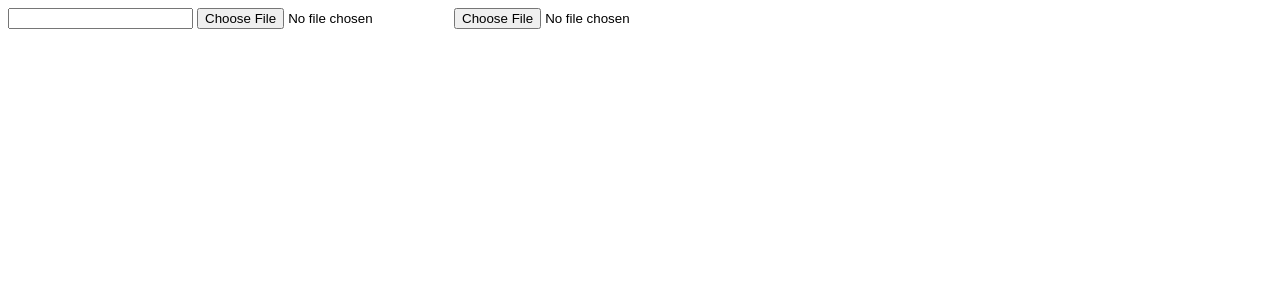
Repository: precipices/SPM
Page: http://localhost/FileTest/upload.jsp
These files come from the project's save history. The page is drawn as it stood at one moment and after the next save; the edit follows.
The browser window is 1280 px wide. The pictures show the whole page.
The page is served by Tomcat 9.

Above is the page before, as saved 2017-12-09 14:15:45.

### 文件操作test/FileTest/WebContent/upload.jsp
<%@ page language="java" contentType="text/html; charset=ISO-8859-1"
    pageEncoding="ISO-8859-1"%>
<!DOCTYPE html PUBLIC "-//W3C//DTD HTML 4.01 Transitional//EN" "http://www.w3.org/TR/html4/loose.dtd">
<html>
<head>
<meta http-equiv="Content-Type" content="text/html; charset=ISO-8859-1">
<title>Insert title here</title>
</head>
<body>
<form action="UploadServlet" enctype="multipart/form-data" method="post">
<input type="text" name="username"/>
<input type="file" name="file1"/>
<input type="file" name="file2" />
</form>
</body>
</html>

After the next save:
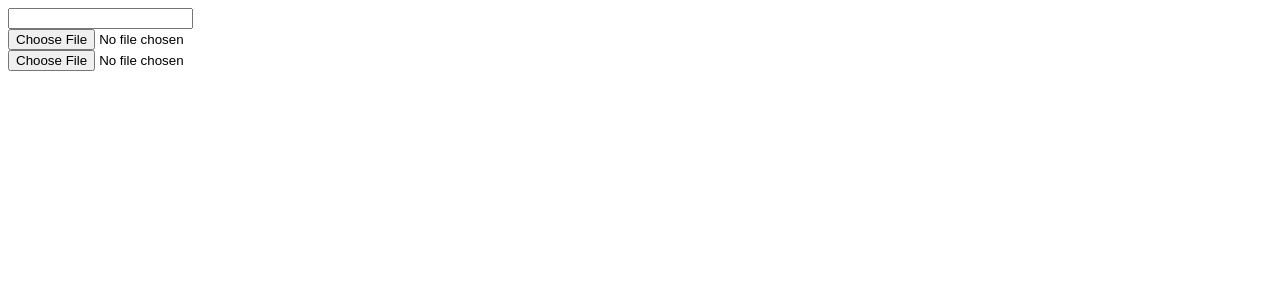
Saved 32 min 55 s later.
--- a/文件操作test/FileTest/WebContent/upload.jsp
+++ b/文件操作test/FileTest/WebContent/upload.jsp
@@ -8,8 +8,8 @@
 </head>
 <body>
 <form action="UploadServlet" enctype="multipart/form-data" method="post">
-<input type="text" name="username"/>
-<input type="file" name="file1"/>
+<input type="text" name="username"/><br/>
+<input type="file" name="file1"/><br/>
 <input type="file" name="file2" />
 </form>
 </body>
